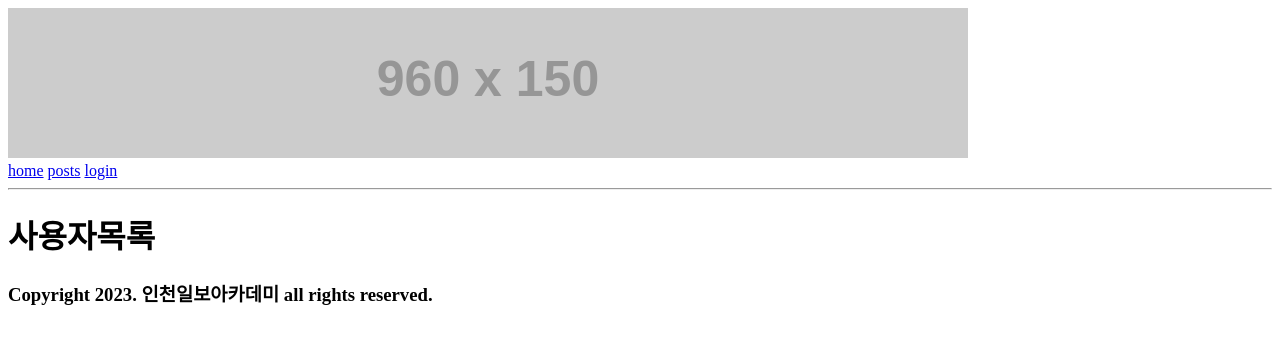
Repository: wkdtkgkek16/web01
Page: http://localhost/ex01/users
These files come from the project's save history. The page is drawn as it stood at one moment and after the next save; the edit follows.
The browser window is 1280 px wide. The pictures show the whole page.
The page is served by Tomcat 9. Queries for data that is not in the repository find no rows.

Above is the page before, as saved 2023-03-27 07:15:03.

After the next save:
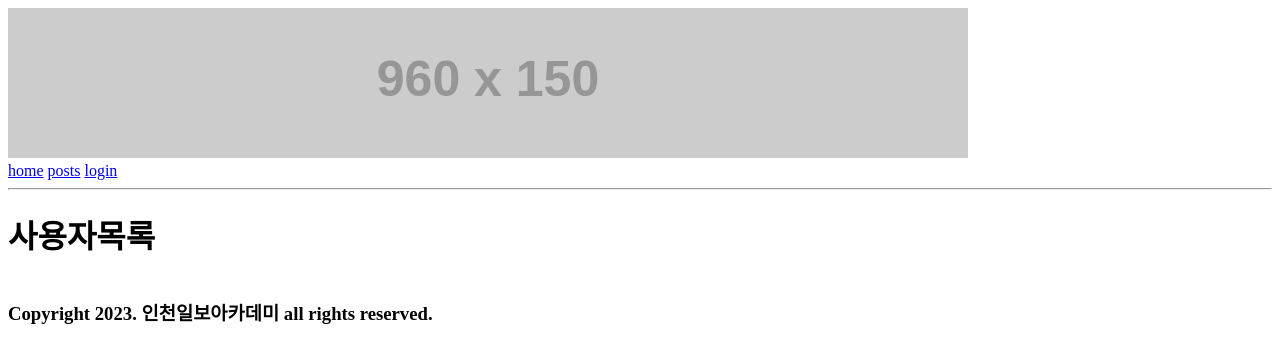
Saved 84 s later.
--- a/ex01/WebContent/User/list.jsp
+++ b/ex01/WebContent/User/list.jsp
@@ -1,3 +1,16 @@
 <%@ page language="java" contentType="text/html; charset=UTF-8"
     pageEncoding="UTF-8"%>
+    <%@taglib prefix="c" uri="http://java.sun.com/jsp/jstl/core"%>
+    <%@taglib prefix="fmt" uri="http://java.sun.com/jsp/jstl/fmt"%>
+
 <h1>사용자목록</h1>
+<table>
+	<c:forEach items="${list}" var="vo">
+		<tr>
+			<td>${vo.uid}</td>
+			<td>${vo.upass}</td>
+			<td>${vo.uname}</td>
+			<td>${vo.address}</td>
+		</tr>
+		</c:forEach>
+</table>
